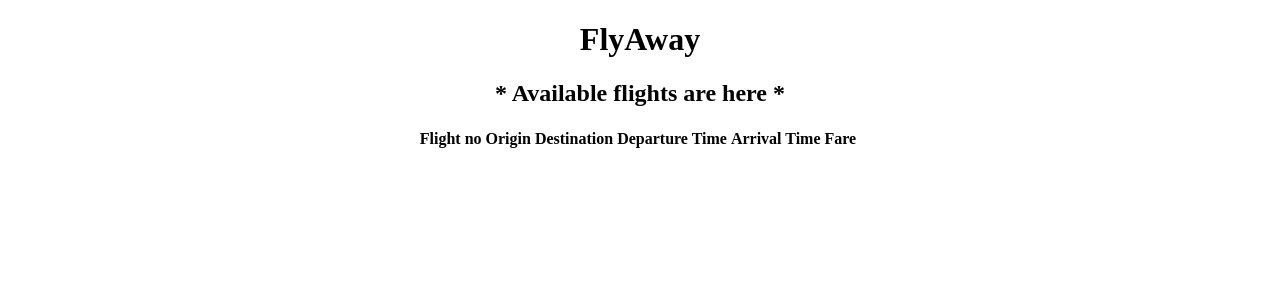
Repository: KartikMuchakandimath/Flyaway
Page: http://localhost/FlayAway/Flight_Details.jsp
The author's editor kept a copy of each file at every save. The page is drawn from the files as they stood at one save, then again after the next save.
The browser window is 1280 px wide. The pictures show the whole page.
The page is served by Tomcat 9. Queries for data that is not in the repository find no rows.

Above is the page before, as saved 2022-04-22 18:51:28.

After the next save:
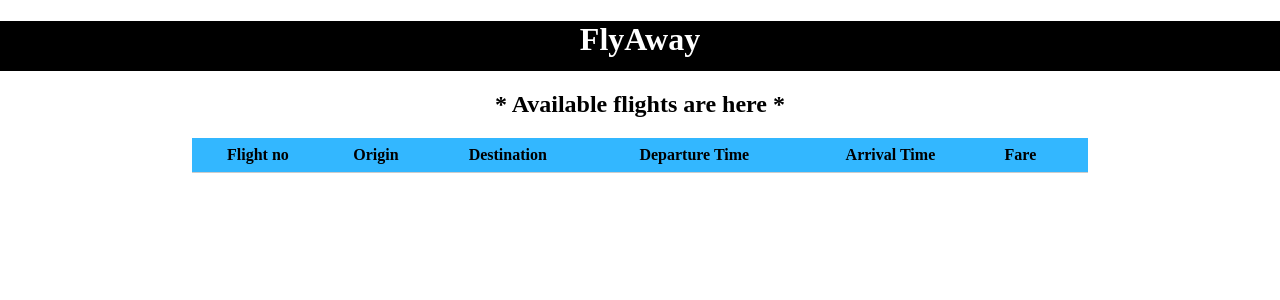
Saved 9 min 37 s later.
--- a/FlayAway/src/main/webapp/Flight_Details.jsp
+++ b/FlayAway/src/main/webapp/Flight_Details.jsp
@@ -1,18 +1,59 @@
-
+<%@page import="org.apache.taglibs.standard.tag.common.core.CatchTag"%>
 <%@page import="java.util.ArrayList"%>
 <%@page import="java.sql.ResultSet"%>
 <%@page import="java.sql.PreparedStatement"%>
 <%@page import="java.sql.DriverManager"%>
 <%@page import="java.sql.Connection"%>
-<%@ page language="java" contentType="text/html; charset=ISO-8859-1"
-    pageEncoding="ISO-8859-1"%>
+
+<%@page language="java" contentType="text/html; charset=ISO-8859-1"
+	pageEncoding="ISO-8859-1"%>
 <!DOCTYPE html>
 <html>
 <head>
 <meta charset="ISO-8859-1">
-<title>Insert title here</title>
+<title>Flight Details</title>
+<style>
+body{
+margin : 0;
+padding : 0;
+}
+.head{
+background-color : #000;
+color : #fff;
+height : 50px;
+}
+h1{
+font-family : "Times New Roman", Times, serif;
+}
+table {
+  border-collapse: collapse;
+  width: 70%;
+}
+
+th, td {
+  text-align: center;
+  padding: 8px;
+}
+
+tr:nth-child(even){border-bottom : 1px solid #ccc;}
+tr:nth-child(odd){border-bottom : 1px solid #ccc;}
+th {
+  background-color: #33B7FF;
+}
+a{
+	text-decoration : none;
+	border-radius: 4px;
+	border:none;
+	height: 25px;
+	width : 100px;
+	padding-top : 8px;
+	display : inline-block;
+	font-size : 17px;
+	background-color: rgb(0, 255, 128);
+	color : #000;
+}
+</style>
 </head>
-<body>
 <body>
 <center>
 <div>
@@ -30,12 +71,79 @@
 				<th>Departure Time</th>
 				<th>Arrival Time</th>
 				<th>Fare</th><th></th>
-		</tr>
+			</tr>
+
+			<%!String url = "jdbc:mysql://localhost:3306/flyaway";
+	String dbusername = "root";
+	String dbpassword = "root";
+	%>
+
+			<%
+	String origin = (String) request.getAttribute("origin");
+	String des = (String) request.getAttribute("destination");
+	String date=(String)request.getAttribute("date");
+	String totalPerson=(String)request.getAttribute("totalPerson");
+
+
+		//String url = "jdbc:mysql://localhost:3306/flyaway";
+	//String dbusername = "root";
+	//String dbpassword = "root";
+	try {
+		Class.forName("com.mysql.cj.jdbc.Driver");
+		Connection connection = DriverManager.getConnection(url, dbusername, dbpassword);
+		//String sql = "select * from flightdetails where origin=? and destination=?";
+		PreparedStatement pstmt = connection.prepareStatement( "select * from flightdetails where origin=? and destination=?");
+		pstmt.setString(1, origin);
+		pstmt.setString(2, des);
 
 
 
+	/* 	session.setAttribute("origin",origin);
+		session.setAttribute("destination",des);
+		session.setAttribute("date",date);
+		session.setAttribute("totalPerson",totalPerson);  */
+
+		ResultSet rs = pstmt.executeQuery();
+		while (rs.next()) {
+			session.setAttribute("fare", rs.getString("fare"));
+			session.setAttribute("departure_time",  rs.getString("departure_time"));
+			session.setAttribute("arrival_time",rs.getString("arrival_time"));
+
+	%>
+			<%--
+<tr>
+	<form action="login.html" method="post">
+	<td align="center"><input type="text" name="flightno" value="<%=rs.getString("flatten")%>" hidden><%=rs.getString("flightno")%></td>
+	<td align="center"><input type="text" name="origin" value="<%=rs.getString("origin")%>" hidden><%=rs.getString("origin")%></td>
+	<td align="center"><input type="text" name="destination" value="<%=rs.getString("destination")%>" hidden><%=rs.getString("destination")%></td>
+	<td align="center"><input type="text" name="departure_time" value="<%=rs.getString("departure_time")%>" hidden><%=rs.getString("departure_time")%></td>
+	<td align="center"><input type="text" name="arrival_time" value="<%=rs.getString("arrival_time")%>" hidden><%=rs.getString("arrival_time")%></td>
+	<td align="center"><input type="text" name="fare" value="<%=rs.getString("fare")%>" hidden><%=rs.getString("fare")%></td>
+	<td><input type="submit" value="Book Now"></td>
 
 
+	</form>
+</tr>
+	 --%>
+			<tr>
+				<td><%= rs.getString("flightno") %></td>
+				<td><%= rs.getString("origin")%></td>
+				<td><%= rs.getString("destination")%></td>
+				<td><%= rs.getString("departure_time")%></td>
+				<td><%= rs.getString("arrival_time")%></td>
+				<td><%= rs.getString("fare")%></td>
+
+				<td> <a href="login.jsp?flightno=<%= rs.getString("flightno") %>"><b>Book Now</b></a></td>
+
+			</tr>
+
+
+			<%
+				}
+			} catch (Exception e) {
+			out.print("Something wrong " + e);
+			}
+			%>
 		</table>
 </div>
 </center>
